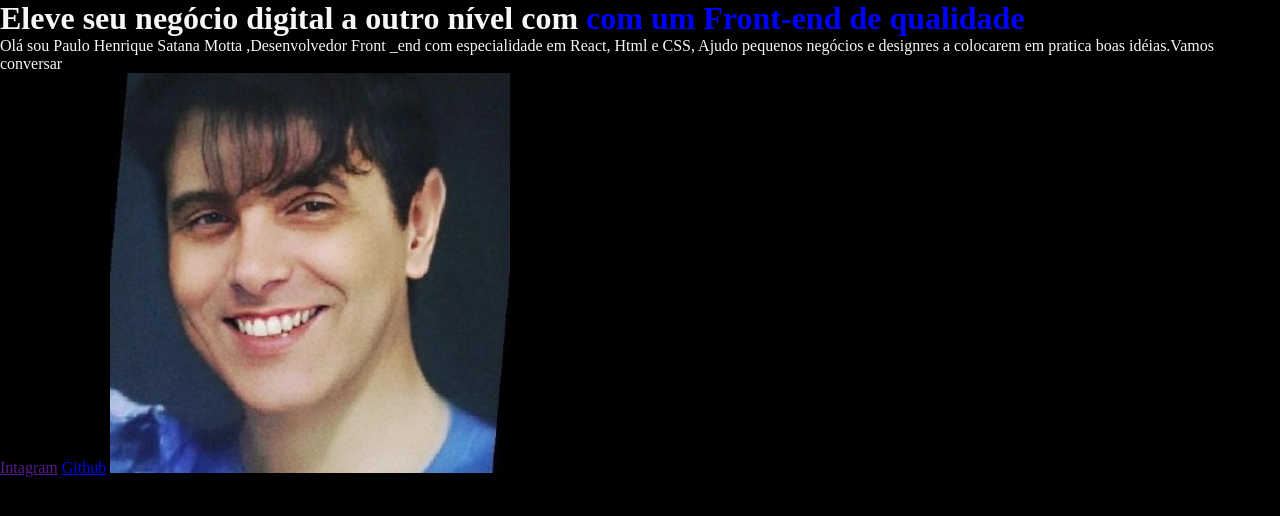
Repository: phsmottanerd/projeto-portfolio-alura
Page: index.html
The author's editor kept a copy of each file at every save. The page is drawn from the files as they stood at one save, then again after the next save.
The browser window is 1280 px wide. The pictures show the whole page.

Above is the page before, as saved 2025-01-21 19:49:24.

### index.html
<!DOCTYPE html>
<html lang="pt-br">
<head>
    <meta charset="UTF-8">
    <meta name="viewport" content="width=device-width, initial-scale=1.0">
    <link rel="stylesheet" href="./style.css">
    <title>Portfólio</title>
</head>
<body>
    <header></header>
    <main>
        <h1> Eleve seu negócio digital a outro nível com <strong class="titulo-destaque">  com um Front-end de qualidade</strong></h1>
    <p>Olá sou Paulo Henrique Satana Motta ,Desenvolvedor Front _end
         com especialidade em React, Html e CSS, Ajudo pequenos negócios e designres a colocarem em pratica boas
         idéias.Vamos conversar
    </p>
<a href="">Intagram</a>
<a href="https://github.com/phsmottanerd?tab=repositories">Github</a>
<img src="./img/1722867171561.jpg" alt="imgem-foto">
    </main>
    <footer></footer>
</body>
</html>

### style.css
*{
padding: 0;
margin:0;
box-sizing: border-box;


}
body{
background-color:black;
color:#f6f6f6;
}
.titulo-destaque{
    color:blue;
}

After the next save:
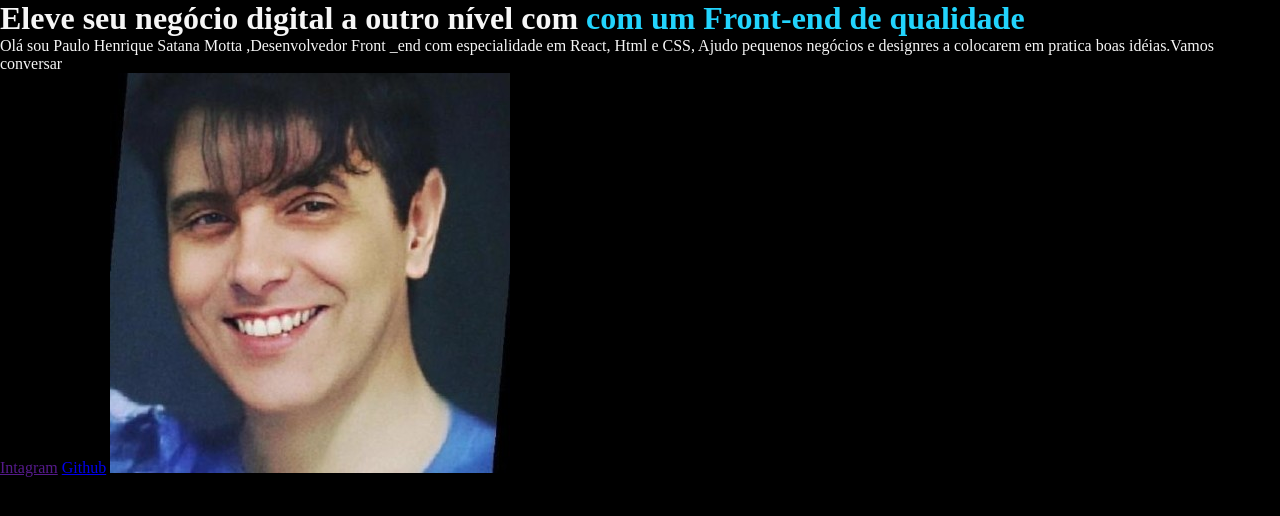
Saved 99 s later.
--- a/style.css
+++ b/style.css
@@ -10,5 +10,5 @@ background-color:black;
 color:#f6f6f6;
 }
 .titulo-destaque{
-    color:blue;
+    color:#22D4FD;
 }
